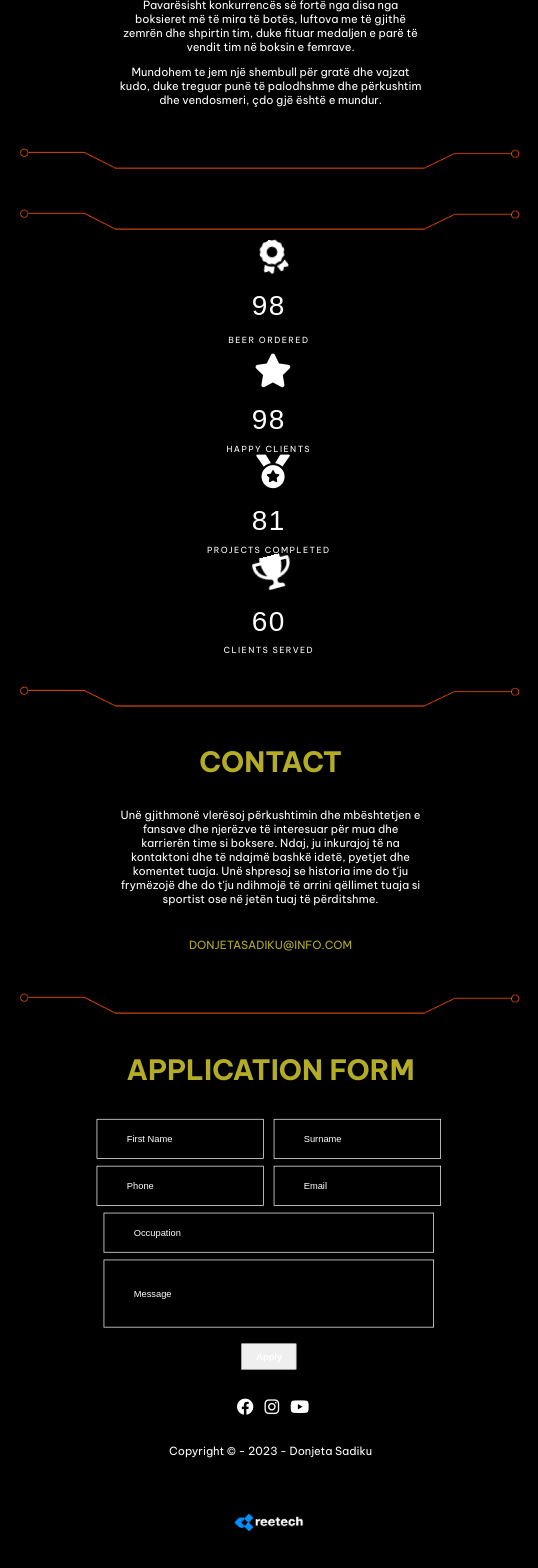
Repository: milot-morina/ds-boxing
Page: DS-Portfolio/index.html
An editor plug-in stored every save of this project. The page is shown before and after the next save, followed by the edit.
The browser window is 768 px wide. The pictures show the part of the page from y = 3278 to 5518 px (the page is 5518 px tall before and 5454 px after), at 70% of full size.
A picture or video elsewhere on the page could not be fetched, so the positions and the page height are approximate.

Above is the page before, as saved 2023-03-22 08:40:45.

### DS-Portfolio/index.html
<!DOCTYPE html>
<html lang="en">
<head>
  <meta charset="UTF-8">
  <meta http-equiv="X-UA-Compatible" content="IE=edge">
  <meta name="viewport" content="width=device-width, initial-scale=1.0">
  <title>Donjeta Sadiku</title>
  <link rel="stylesheet" href="style.css">
  <link rel="stylesheet" href="https://cdnjs.cloudflare.com/ajax/libs/font-awesome/6.0.0-beta2/css/all.min.css" integrity="sha512-YWzhKL2whUzgiheMoBFwW8CKV4qpHQAEuvilg9FAn5VJUDwKZZxkJNuGM4XkWuk94WCrrwslk8yWNGmY1EduTA==" crossorigin="anonymous" referrerpolicy="no-referrer" />
  <link rel="icon" href="logofinal.png" type="image/icon type" style="width: 100%;">
  <link href="https://fonts.googleapis.com/css2?family=Be+Vietnam+Pro:wght@400;500;700&display=swap" rel="stylesheet">
</head>
<body>

  <section class="section1" id="home">
    <video muted autoplay loop style="pointer-events: none;">
      <source src="DS-Glitch.mp4" type="video/mp4">
    </video>
    <header class="hidden3">
      <div class="container">
        <nav class="navbar">
          <div class="brand-title">
            <img src="unitetiLogoFinal.png" alt="" width="130px">
          </div>
          <a href="#" class="toggle-button">
            <span class="bar"></span>
            <span class="bar"></span>
            <span class="bar"></span>
          </a>
          <div class="navbar-links">
            <ul>
              <li><a href="#home" class="home-btn">HOME</a></li>
              <li><a href="#club" class="header-club">CLUB</a></li>
              <li><a href="#contact" class="header-link a">CONTACT</a></li>
              <li><a href="#form" class="header-link a">FORM</a></li>
            </ul>
            <div class="socials">
            <i class="fa-brands fa-facebook"><a href="https://www.youtube.com/watch?v=dQw4w9WgXcQ"></a></i>
            <i class="fa-brands fa-instagram"></i>
            <i class="fa-brands fa-youtube"></i>
            <i class="fa-brands fa-app-store-ios"></i>
          </div>
          </div>

        </nav>
      </div>
    </header>
  </section>


  <img src="separator2.png" alt="" width="100%" style="margin-top: 40px;" class="first-seperator">


  <section class="section2 container row" id="club">

    <div class="images hidden2">
      <img src="handsUp.jpg" alt="">
    </div>
    <div class="text hidden">
      <p class="section-h hidden3">HISTORIA SHKRUHET!</p>
      <p class="section2-p hidden3">Nuk ka fjalë për t'u shprehur se sa krenare isha për të përfaqësuar vendin tim në skenën dhe për të marrë medalje ne kete nivel. Ishte një ndjenjë e mrekullueshme të përfaqësosh vendin tënd dhe të ndjehesh si një ambasador i saj në arenën nderkombetare.</p>
      <p class="section2-p hidden3">Në çdo moment të kësaj përvojeje, isha e mbuluar nga emocionet për rëndësinë që kjo ngjarje kishte për popullin tim dhe për boksierët shqiptarë. Nuk ishte thjesht një fitore personale, por ishte një fitore që përfaqësoi përparimin e boksi shqiptar dhe mundësinë e një të ardhme të ndritshme për sportin në vendin tonë.</p>
      <p class="section2-p hidden3">Kur mora medaljen olimpike, ndjeva një ndjenjë të thellë krenarie dhe një ndjesi të vërtetë prej triumfi. Ishte si të isha i gjithë vendlindja ime, duke festuar këtë arritje të madhe me mua. Nuk mund të mendoja për ndonjë gjë më të rëndësishme në atë moment, dhe do të mbaj gjithmonë këtë kujtim në zemrën time.</p>

    </div>

  </section>

  <img src="separator2.png" alt="" width="100%" style="margin-top: 30px;">


  <section class="section3 container">
    <p class="section-h">MEDALJET FLASIN VET!</p>
   <div class="row">
    <div class="text hidden2">
      <p>Viti me i suksesshem ne karrieren time . Solla dy medalje nje evropiane e një botërore. Dëshmova që une Donjeta Sadiku nuk dorërzohem asnjëher përkundrazi nuk kam dyshuar asnjëherë në veten time, mirpo tani po ndihem e kompletuar nën udhëheqjen e trajneres time Marjola Sallauka .</p>
      <p>Tash e tutje luftoj vetëm për medalje Olimpike. Unë besoj në vetën time dhe ju premtoj që me përkrahjen tuaj unë do ti realizoj këto synime . Faleminderit për përkrahje familjes time, Federatës së Boksit. Faleminderit trajnerës Marjola Sallauka për mjeshtërinë që tregon me punën e saj.</p>
    </div>
    <div class="images hidden">
      <img src="DplusMar.jpg" alt="" style="max-width: 640px;">
    </div>
   </div>

  </section>








  <img src="separator2.png" alt="" width="100%" style="margin-top: 30px;">




  <section class="section4 container" id="nft">
    <p class="section-h hidden3">HOLD THE VISION, TRUST THE PROCESS</p>
    <div class="row">
      <div class="text hidden2" style="text-align: left">
        <p>Unë jam Donjeta Sadiku, një boksere shqiptare që i kam kushtuar jetën sportit, e rritur në Prishtinë, Kosovë,
        </p>
        <p>Që nga një moshë e re, e dija se dëshiroja të bëhesha një boksere.Pavarësisht sfidave të shumta në rrugën time, nuk u dorëzova kurrë nga ëndrra ime.
        </p>
        <p>Me ndihmën e trajneres sime të përkushtuar, arrita të tejkalova edhe pengesat më të vështira qe të bëhesha një nga boksieret kryesore të femrave në Kosovë.</p>
      </div>
      <div class="hidden3">
        <div class="column">
          <img src="profilePic.png" alt="" style="width: 300px;">
          <!-- <img src="shadow.png" alt="" style="width: 300px;"> -->
        </div>
      </div>
      <div class="text hidden">
        <p>Punë e palodhshme dhe përkushtimi im iu kthye në mënyrë të mire kur përfaqësova vendin tim në Lojërat Olimpike të vitit 2020 në Tokyo, Japoni, duke fituar medaljen e parë të vendit tim në boksin e femrave.</p>
        <p>Pavarësisht konkurrencës së fortë nga disa nga boksieret më të mira të botës, luftova me të gjithë zemrën dhe shpirtin tim, duke fituar medaljen e parë të vendit tim në boksin e femrave.
        </p>
        <p>
          Mundohem te jem një shembull për gratë dhe vajzat kudo, duke treguar punë të palodhshme dhe përkushtim dhe vendosmeri, çdo gjë është e mundur.
        </p>
      </div>
    </div>

  </section>

  <img src="separator2.png" alt="" width="100%" style="margin-top: 30px;">
  <img src="separator2.png" alt="" width="100%" style="margin-top: 30px;">
  <!-- ktu section i ri -->
  <section class="wow fadeIn animated" style="visibility: visible; animation-name: fadeIn;">
    <div class="container">
      <div class="row">
        <!-- counter -->
        <div class="col-md-3 col-sm-6 bottom-margin text-center counter-section wow fadeInUp sm-margin-bottom-ten animated" data-wow-duration="300ms" style="visibility: visible; animation-duration: 300ms; animation-name: fadeInUp;">
          <i class="fa-sharp fa-solid fa-award fa-shake"></i>
          <span id="anim-number-pizza" class="counter-number"></span>
          <span class="timer counter alt-font appear" data-to="98" data-speed="7000">280</span>
          <p class="counter-title">Beer Ordered</p>
        </div>
        <!-- end counter -->
        <!-- counter -->
        <div class="col-md-3 col-sm-6 bottom-margin text-center counter-section wow fadeInUp sm-margin-bottom-ten animated" data-wow-duration="600ms" style="visibility: visible; animation-duration: 600ms; animation-name: fadeInUp;">
          <i class="fa-sharp fa-solid fa-star"></i>
           <span class="timer counter alt-font appear" data-to="98" data-speed="7000">98</span>
          <span class="counter-title">Happy Clients</span>
        </div>
        <!-- end counter -->
        <!-- counter -->
        <div class="col-md-3 col-sm-6 bottom-margin-small text-center counter-section wow fadeInUp xs-margin-bottom-ten animated" data-wow-duration="900ms" style="visibility: visible; animation-duration: 900ms; animation-name: fadeInUp;">
          <i class="fa-sharp fa-solid fa-medal"></i>
           <span class="timer counter alt-font appear" data-to="81" data-speed="7000">81</span>
          <span class="counter-title">Projects Completed</span>
        </div>
        <!-- end counter -->
        <!-- counter -->
        <div class="col-md-3 col-sm-6 text-center counter-section wow fadeInUp animated" data-wow-duration="1200ms" style="visibility: visible; animation-duration: 1200ms; animation-name: fadeInUp;">
          <i class="fa-sharp fa-solid fa-trophy fa-shake"></i>
           <span class="timer counter alt-font appear" data-to="60" data-speed="7000">60</span>
          <span class="counter-title">Clients Served</span>
        </div>
        <!-- end counter -->
      </div>
    </div>
  </section>


  <!-- perfunduon -->
  <img src="separator2.png" alt="" width="100%" style="margin-top: 30px;">

  <section class="section5 container" id="contact">
    <div class="text">
      <p class="section-h">CONTACT</p>
      <p>Unë gjithmonë vlerësoj përkushtimin dhe mbështetjen e fansave dhe njerëzve të interesuar për mua dhe karrierën time si boksere. Ndaj, ju inkurajoj të na kontaktoni dhe të ndajmë bashkë idetë, pyetjet dhe komentet tuaja. Unë shpresoj se historia ime do t'ju frymëzojë dhe do t'ju ndihmojë të arrini qëllimet tuaja si sportist ose në jetën tuaj të përditshme.</p>
      <p style="color: #B4AC25; margin-top: 45px;">DONJETASADIKU@INFO.COM</p>
    </div>
  </section>






 <img src="separator2.png" alt="" width="100%" style="margin-top: 30px;">

  <section class="section6 container" id="form">
    <div class="text">
      <p class="section-h">APPLICATION FORM</p>
    </div>
    <form action="#">
      <div class="form-row">
        <input type="text" placeholder="First Name">
        <input type="text"placeholder="Surname">
      </div>
      <div class="form-row">
        <input type="text" placeholder="Phone">
        <input type="email" placeholder="Email">
      </div>
      <div class="long-inputs-form">
        <input type="text" placeholder="Occupation"><br>
        <input type="text" placeholder="Message" style="padding-block: 40px;">
      </div>
    </form>
    <button class="home-btn">Apply</button>
    <div class="socials" style="margin-block: 40px;">
      <a href="https://www.facebook.com/your-page"><i class="fa-brands fa-facebook"></i></a>
      <a href="https://www.instagram.com/donjetasadikuofficial/"><i class="fa-brands fa-instagram"></i></a>
      <a href="https://www.youtube.com/channel/your-channel"><i class="fa-brands fa-youtube"></i></a>
      <!-- <a href="https://apps.apple.com/your-app"><i class="fa-brands fa-app-store-ios"></i></a> -->
    </div>


    <div class="text" style="margin-bottom: 40px;">
      <p>Copyright © - 2023 - Donjeta Sadiku </p>
    </div>


    <div style="background-color: rgba(0, 0, 0, 0.2); display: flex; justify-content: center; align-items: center;">
      <a class="navbar-brand" href="https://www.reetech.ch/">
        <img src="reetech.png" width="185" height="105" class="d-inline-block align-top" alt="">
      </a>
    </div>

  </section>




  <script src="script.js"></script>
</body>
</html>

### DS-Portfolio/style.css
html {
  scroll-behavior: smooth;
  transition: 2s;
  overflow-x: hidden;
}

body {
  text-align: center;
  overflow-x: hidden;
  font-family: 'Be Vietnam Pro', sans-serif;
  background-color: black !important;
}

/* header----*/


/*  */



/* #Fun Facts
================================================================================= */


.counter-section i { font-size: 3rem; /* increase the font size of the icons */
  display: block; /* make the icons display as block elements */
  margin-bottom: 1rem;}
.counter-section span.counter { font-size:40px; color: #fff; line-height:60px; display:block; font-family: "Oswald",sans-serif; letter-spacing: 2px}
.counter-title{ font-size:12px; letter-spacing:2px; text-transform: uppercase ;color: #fff;}
.counter-icon {top:25px; position:relative}
.counter-style2 .counter-title {letter-spacing: 0.55px; float: left;}
.counter-style2 span.counter {letter-spacing: 0.55px; float: left; margin-right: 10px;}
.counter-style2 i {float: right; line-height: 26px; margin: 0 10px 0 0}
.counter-subheadline span {float: right;}

.medium-icon {
    font-size: 40px !important;
    margin-bottom: 15px !important;
}

.container{
    margin-top:200px;
}



/*  */


header {
  background-color: transparent;
  width: 100%;
  position: absolute;
  top: 0;
  left: 0;

  z-index: 100;
}


.navbar {
  display: flex;
  flex-direction: column;
  justify-content: space-between;
  align-items: flex-start;
  color: black;
}



.navbar-links {
  width: 100%;
  display: none;
}

.navbar-links ul {
  margin: 0;
  padding: 0;
  display: flex;
  flex-direction: column;
  width: 100%;
  text-align: center;
}

.navbar-links li {
  list-style: none;
  font-size: 15px;

}

.navbar-links li a {
  text-decoration: none;
  color: white;

  display: block;
}


.toggle-button {
  position: absolute;
  top: .75rem;
  right: 1rem;
  display: flex;
  flex-direction: column;
  justify-content: space-between;
  width: 31px;
  height: 21px;
}

.bar {
  width: 100%;
  height: 3px;
  background-color: white;
  border-radius: 10px;
}

.navbar-links.active {
  display: flex;
  flex-direction: column;
  background-color: transparent;
}

i {
  color: white;
}

i:hover {
  color: #B4AC25;
  cursor: pointer;
}



video {
  width: 100%;
  position: relative;
  height: auto;
  pointer-events: none;
  display: none;
}



.socials {
  width: 47%;
  display: block;
  margin: 5px auto;
  text-align: center;
}

i {
  margin-left: 12px;
  font-size: 24px;
}


.header-club {
  color: white;
  padding-inline: 10px;
  margin-top: 5px;
  max-width: 80px;
  display: block;
  margin-inline: auto;
  font-weight: 700;
}


.header-club:hover {
  color: white;
  border-color: #B4AC25;

}

.home-btn {
  color: white;
  padding-inline: 10px;
  margin-top: 5px;
  max-width: 80px;
  display: block;
  margin-inline: auto;
  font-weight: 700;
}

.home-btn:hover {
  color: white;
  border-color: white;
  background-color: transparent;
  cursor: pointer;
}


.header-link {
  color: white;
  padding-inline: 10px;
  margin-top: 5px;
  max-width: 80px;
  display: block;
  margin-inline: auto;
  font-weight: 700;
}

.header-link:hover {
  color: #B4AC25;
}

a {
  position: relative;
}

a::after {
  content: " ";
  position: absolute;
  background-color: #B4AC25;
  height: 3px;
  width: 0;
  left: 0;
  bottom: -10px;
  transition: 0.3s;
}

a:hover::after {
  width: 100%;
}





/*---------------header-----------*/




/*---------------------- collapsible table ------------------------*/

.main-collapsible {
  background-color: transparent;
  color: black;
  width: 100%;
  margin-inline: auto;
  margin-block: 120px 40px;
}



.container-collapsible {
  width: 100%;
  margin: 0 auto;
  display: flex;
  flex-direction: column;
  align-items: center;
}


hr {
  background-color: white;
  width: 90%;
  display: block;
  margin-inline: auto;
}



.collapsible-button {
  background-color: rgb(24, 24, 24);
  color: gray;
  cursor: pointer;
  padding: 5px;
  width: 93%;
  border-bottom: 1px solid white;
  display: flex;
  align-items: center;
  justify-content: space-between;
  text-align: left;
  outline: none;
  font-size: 15px;
  border: none;
}





.button-name-collapsible {
  color: white;
  text-align: left;
  outline: none;
  font-size: 16px;

}


.button-name-collapsible:hover {
  color: #B4AC25;
}



.collapsible-button:after {
  content: '\002B';
  color: white;
  font-weight: bold;
  float: right;
  margin-left: 5px;
  font-size: 24px;
}

.collapsible-button:hover::after{
  color: #B4AC25;
}

.active:after {
  content: "\2212";
}

.content {
  width: 93%;
  max-height: 0;
  overflow: hidden;
  transition: max-height 0.2s ease-out;
  background-color:  rgb(24, 24, 24);
  color: white;
  margin-bottom: 10px;
}

/*---------------------- collapsible table ------------------------*/



/*----------animations------------*/

.hidden {
  opacity: 0;
  filter: blur(2px);
  transform: translateX(60%);
  transition: all 700ms;
}


.hidden2 {
  opacity: 0;
  filter: blur(2px);
  transform: translateX(-60%);
  transition: all 700ms;
}

.hidden3 {
  opacity: 0;
  filter: blur(2px);
  transform: translateY(-5%);
  transition: all .7s;
}



.show {
  opacity: 1;
  filter: blur(0);
  transform: translateX(0);
}


@media(prefers-reduced-motion) {
  .hidden {
    transition: none;
  }
}

/*--------------animations------------------*/


/*---------main---------------*/

body {
  background-color: black;

}


.container {
  width: 90%;
  margin: 0 auto;
}



.first-seperator {
  display: none;
}

@media(min-width: 687px) and (max-width: 900px) {
  .column {
    display: flex;
    flex-direction: column;
    width: 100%;
    margin-left: 28%;
  }
}


.row2 {
  display: flex;
  align-items: center;
  justify-content: space-between;
}

.section2 {
  margin-top: 70px;
}

.section2 img {
  width: 80%;
  max-width: 500px;
  display: block;
  margin-inline: auto;
}

.text {
  color: white;
  max-width: 440px;
  display: block;
  margin-inline: auto;
}

.text p {
  font-weight: 400;
  margin-left: 5px;
}

.text .section-h,
.section-h {
  font-size: clamp(2.15rem, 2.5rem, 3.2rem);
  color: #B4AC25;
  font-weight: 700;
}

.images img {
  max-width: 550px;
  width: 100%;
}

.section3 .images img {
  width: 100%;
}


input {
  background-color: transparent;
  color: white;
  border: 1px solid white;
  padding: 20px 30px;
  margin: 5px;
  max-width: 410px;
}

input::placeholder {
  color: white;
  padding: 12px;
}

.long-inputs-form > input{
  width: 170px;
}

.section6 button{
  margin-top: 17px;
  padding: 10px 20px;
}

.section6 .socials{
  justify-content: center;
}



@media (min-width: 555px) {
  video {
    display: block;
  }

  .long-inputs-form > input{
    width: 470px;
  }

}


@media(min-width: 865px) {


  .toggle-button {
    display: none;
  }

  .navbar {
    flex-direction: row;
    align-items: center;
    justify-content: space-between;
  }

  .navbar-links  {
    display: flex;
    width: 100%;
    align-items: center;
  }

  .navbar-links ul {
    flex-direction: row;
    justify-content: center;
  }

  .navbar-links.active {
    flex-direction: row;
  }

  .socials {
    width: 6%;
    display: flex;
    justify-content: right;
  }

  .header-club {
    margin-left: 14px;
  }

}





@media (min-width: 900px) {
  .row {
    display: flex;
    justify-content: space-between;
    align-items: center;
  }

  .div {
    display: flex;
    justify-content: space-between;
    align-items: center;
    width: 100%;
    margin: 0 auto;
  }


  .long-inputs-form > input{
    width: 470px;
  }

}







/*---------------main-------------*/

### DS-Portfolio/script.js
const toggleButton = document.getElementsByClassName('toggle-button')[0]
const navbarLinks = document.getElementsByClassName('navbar-links')[0]

toggleButton.addEventListener('click', () => {
  navbarLinks.classList.toggle('active')
})

//
  // Function to animate the number counters
function animateNumberCounters() {
  // Get all the counter elements
  const counters = document.querySelectorAll('.timer');

  // Loop through the counters
  counters.forEach(counter => {
    // Get the target number from the data-to attribute
    const target = parseInt(counter.getAttribute('data-to'));

    // Set the initial count to zero
    let count = 0;

    // Set the interval to update the count
    const timer = setInterval(() => {
      // Increment the count
      count++;

      // Update the counter element with the new count
      counter.textContent = count;

      // Stop the interval when the target number is reached
      if (count === target) {
        clearInterval(timer);
      }
    }, 10);
  });
}

// Call the animateNumberCounters function when the page is loaded
window.addEventListener('load', animateNumberCounters);


//




const observer = new IntersectionObserver((entries) => {
  entries.forEach((entry) => {
    console.log(entry)
    if (entry.isIntersecting) {
      entry.target.classList.add('show')
    } else {
      entry.target.classList.remove('show')
    }
  })
})

const hiddenElements = document.querySelectorAll('.hidden')
const hiddenElements2 = document.querySelectorAll('.hidden2')
const hiddenElements3 = document.querySelectorAll('.hidden3')
hiddenElements.forEach((el) => observer.observe(el))
hiddenElements2.forEach((el) => observer.observe(el))
hiddenElements3.forEach((el) => observer.observe(el))






//collapbsibleTable
let coll = document.getElementsByClassName("collapsible-button");
let i;

for (i = 0; i < coll.length; i++) {
  coll[i].addEventListener("click", function() {
    this.classList.toggle("active");
    let content = this.nextElementSibling;
    if (content.style.maxHeight){
      content.style.maxHeight = null;
    } else {
      content.style.maxHeight = content.scrollHeight + "px";
    }
  });
}

After the next save:
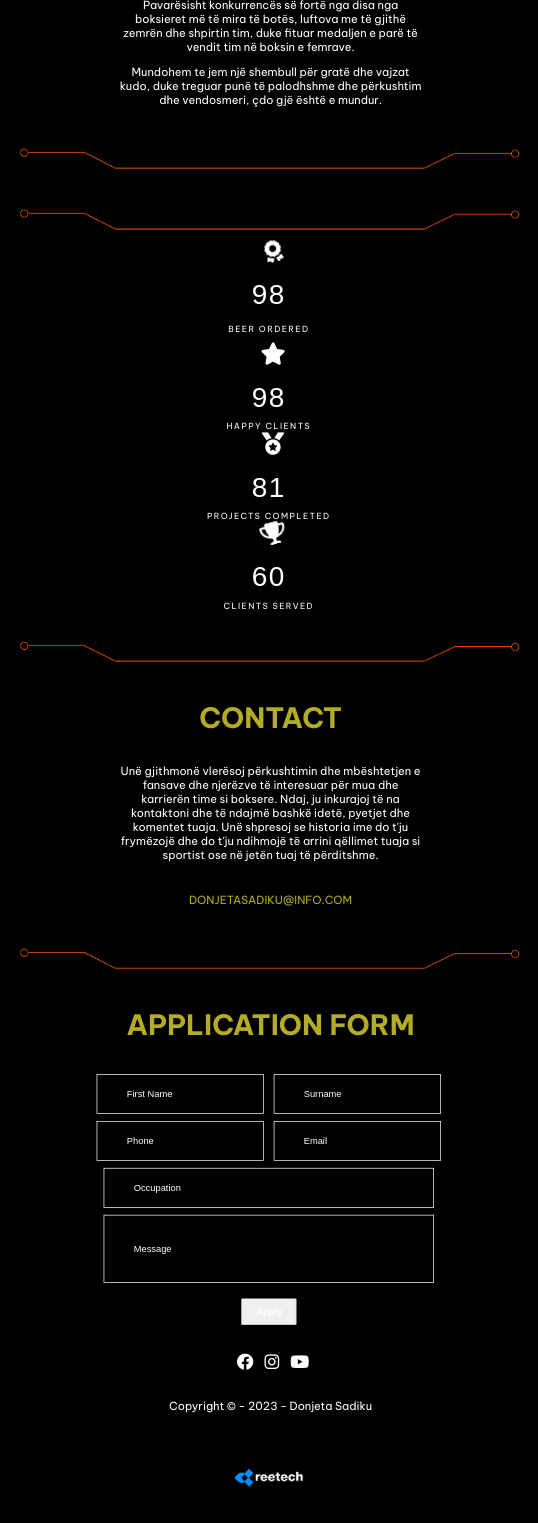
Saved 59 s later.
--- a/DS-Portfolio/style.css
+++ b/DS-Portfolio/style.css
@@ -397,6 +397,11 @@
   }
 }
 
+@media screen and (max-width: 768px) {
+  .counter-section i {
+    font-size: 2rem; /* decrease the font size on smaller screens */
+  }
+}
 
 .row2 {
   display: flex;
